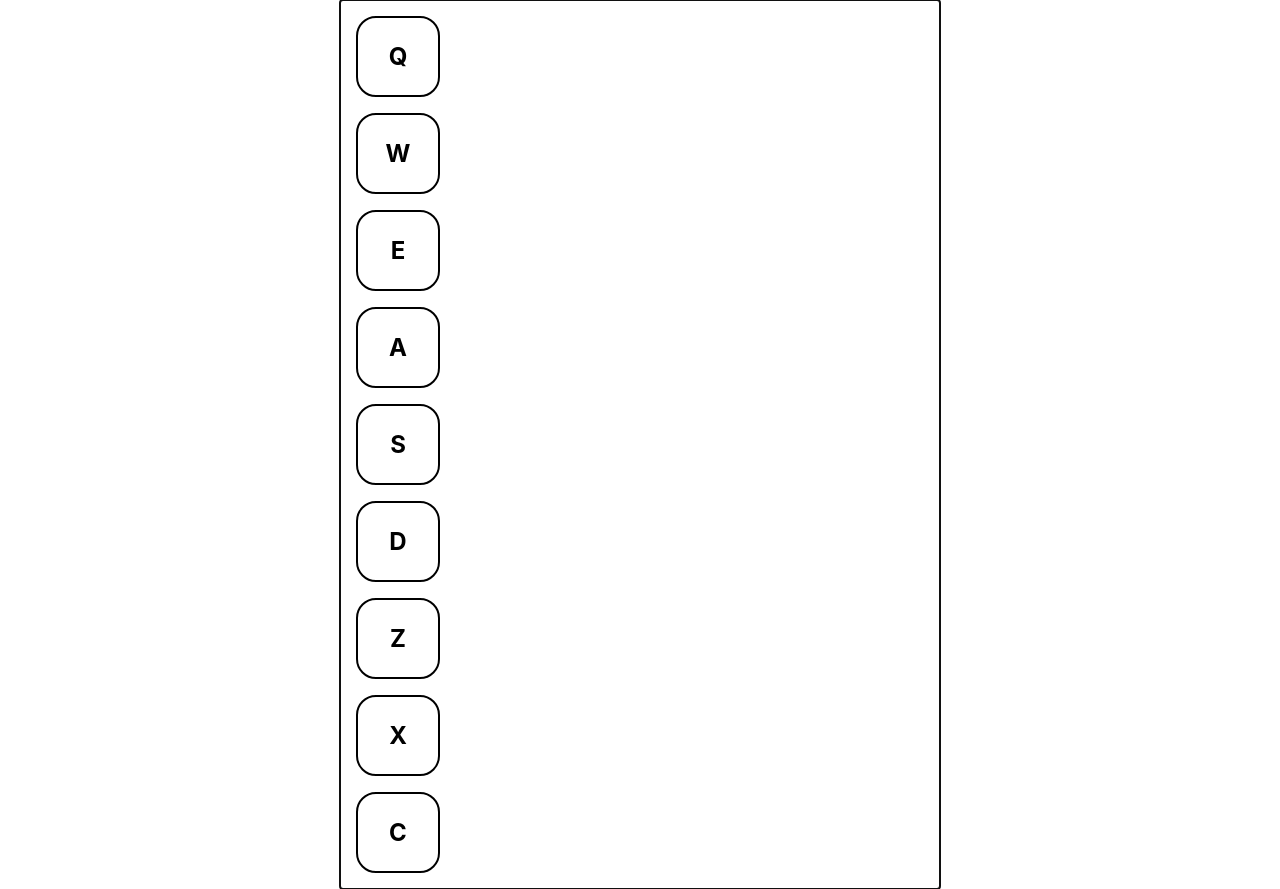
Repository: milac0/drum-machine
Page: /
The author's editor kept a copy of each file at every save. The page is drawn from the files as they stood at one save, then again after the next save.
The browser window is 1280 px wide. The pictures show the whole page.
The project was rebuilt for these pictures with package versions that can differ from the ones it lists, and the page was loaded fresh each time.

Above is the page before, as saved 2019-10-25 17:37:41.

### public/index.html
<!DOCTYPE html>
<html lang="en">
  <head>
    <meta charset="utf-8" />
    <link rel="shortcut icon" href="%PUBLIC_URL%/favicon.ico" />
    <meta name="viewport" content="width=device-width, initial-scale=1" />
    <meta name="theme-color" content="#000000" />
    <!--
      manifest.json provides metadata used when your web app is installed on a
      user's mobile device or desktop. See https://developers.google.com/web/fundamentals/web-app-manifest/
    -->
    <link rel="manifest" href="%PUBLIC_URL%/manifest.json" />
    <!--
      Notice the use of %PUBLIC_URL% in the tags above.
      It will be replaced with the URL of the `public` folder during the build.
      Only files inside the `public` folder can be referenced from the HTML.

      Unlike "/favicon.ico" or "favicon.ico", "%PUBLIC_URL%/favicon.ico" will
      work correctly both with client-side routing and a non-root public URL.
      Learn how to configure a non-root public URL by running `npm run build`.
    -->
    <title>Drum Machine</title>
  </head>
  <body>
    <noscript>You need to enable JavaScript to run this app.</noscript>
    <div id="root"></div>
    <!--
      This HTML file is a template.
      If you open it directly in the browser, you will see an empty page.

      You can add webfonts, meta tags, or analytics to this file.
      The build step will place the bundled scripts into the <body> tag.

      To begin the development, run `npm start` or `yarn start`.
      To create a production bundle, use `npm run build` or `yarn build`.
    -->
    <!-- <script src="https://cdn.freecodecamp.org/testable-projects-fcc/v1/bundle.js"></script> -->
  </body>
</html>

### src/index.css
html {
  height: 100%;
}

body {
  margin: 0;
  height: 100%;
  font-family: -apple-system, BlinkMacSystemFont, "Segoe UI", "Roboto", "Oxygen",
    "Ubuntu", "Cantarell", "Fira Sans", "Droid Sans", "Helvetica Neue",
    sans-serif;
  -webkit-font-smoothing: antialiased;
  -moz-osx-font-smoothing: grayscale;
}

### src/App.js
import React, { Fragment } from "react";
import "./App.css";
import DrumPad from "./Components/DrumPad";

class App extends React.Component {
  constructor(props) {
    super(props);
    this.references = {};
    this.state = { display: "" };
    this.keyPressRef = React.createRef();
    this.handleClick = this.handleClick.bind(this);
    this.handleKeyDown = this.handleKeyDown.bind(this);
    this.getOrCreateRef = this.getOrCreateRef.bind(this);
    this.setDisplay = this.setDisplay.bind(this);
  }

  componentDidMount() {
    this.keyPressRef.current.focus();
  }

  handleClick = id => {
    // console.log(this.references[id].current);
    this.references[id].current.play();
    this.references[id].current.currentTime = 0;
    this.setDisplay(id);
  };

  handleKeyDown = e => {
    if (this.references.hasOwnProperty(e.key.toUpperCase())) {
      this.references[e.key.toUpperCase()].current.play();
      this.references[e.key.toUpperCase()].current.currentTime = 0;
    }
    this.setDisplay(e.key.toUpperCase());
  };

  setDisplay(id) {
    let display;
    try {
      display = drums.filter(elem => elem.id === id)[0].text;
    } catch {
      display = this.state.display;
    }
    console.log(display);
    this.setState({ display });
  }

  getOrCreateRef(id) {
    if (!this.references.hasOwnProperty(id)) {
      return (this.references[id] = React.createRef());
    } else return this.references[id];
  }

  render() {
    return (
      <Fragment>
      <div
        id="drum-machine"
        ref={this.keyPressRef}
        onKeyDown={this.handleKeyDown}
        tabIndex="0"
      >


        <div id="drum-pads">
          {drums.map((elem, i) => (
            <DrumPad
              name={elem.text}
              ref={this.getOrCreateRef(elem.id)}
              clickHandler={this.handleClick}
              id={elem.id}
              src={elem.src}
              key={i}
            />
          ))}
        </div>
      </div>
      <p id="display">{this.state.display}</p>
      </Fragment>
    );
  }
}

const drums = [
  {
    id: "Q",
    text: "hit the nail",
    src:
      "https://sampleswap.org/samples-ghost/DRUMS%20(SINGLE%20HITS)/Kicks/16[kb]808bd.aif.mp3"
  },
  {
    id: "W",
    text: "badong",
    src:
      "https://sampleswap.org/samples-ghost/DRUMS%20(SINGLE%20HITS)/Kicks/152[kb]808bd3.aif.mp3"
  },
  {
    id: "E",
    text: "stop kick",
    src:
      "https://sampleswap.org/samples-ghost/DRUMS%20(SINGLE%20HITS)/Kicks/15[kb]808bd2.aif.mp3"
  },
  {
    id: "A",
    text: "pang",
    src:
      "https://sampleswap.org/samples-ghost/DRUMS%20(SINGLE%20HITS)/Kicks/152[kb]808distbd.aif.mp3"
  },
  {
    id: "S",
    text: "boing",
    src:
      "https://sampleswap.org/samples-ghost/DRUMS%20(SINGLE%20HITS)/Kicks/67[kb]808sub.aif.mp3"
  },
  {
    id: "D",
    text: "absolute insane kikdrum",
    src:
      "https://sampleswap.org/samples-ghost/DRUMS%20(SINGLE%20HITS)/Kicks/69[kb]absolutely-insane-kikdrum.wav.mp3"
  },
  {
    id: "Z",
    text: "absurdistan kick",
    src:
      "https://sampleswap.org/samples-ghost/DRUMS%20(SINGLE%20HITS)/Kicks/34[kb]absurdistan-kick.wav.mp3"
  },
  {
    id: "X",
    text: "backwards in crash",
    src:
      "https://sampleswap.org/samples-ghost/DRUMS%20(SINGLE%20HITS)/Gongs%20and%20Super%20Crashes/61[kb]backwards-in-crash.aif.mp3"
  },
  {
    id: "C",
    text: "cymbals",
    src:
      "https://sampleswap.org/samples-ghost/DRUMS%20(SINGLE%20HITS)/Cymbals/100[kb]curiouscym1.aif.mp3"
  }
];

export default App;

### src/App.css
#drum-machine {
  max-width: 600px;
  margin: 0 auto;
  display: grid;
  grid-template-columns: 180px 180px 180px;
}

.drum-pad {
  max-width: 80px;
  height: auto;
  margin: 1em;
  border: 2px solid black;
  border-radius: 20px;
  text-align: center;
}

.drum-pad p {
  font-size: 1.5rem;
  font-weight: 700;
}

/* #display {
  margin: 0 auto;
  height: 30px;
  width: 200px;
  padding: 10px;
  background: #FDC8C8;
  text-align: center;
}

.drum-pad {
  width: 240px;
  text-align: center;
  border: 1px solid black;
  padding: 1rem 1.5rem;
}

#W {
  grid-column-start: 2;
  grid-column-end: 3;
}

#E {
  grid-column-start: 3;
  grid-column-end: 4;
}

.drum-pad:hover {
  cursor: pointer;
} */

### src/Components/DrumPad.js
import React from "react";

const DrumPad = React.forwardRef((props, ref) => (
  <div
    className="drum-pad"
    id={props.id}
    onClick={() => props.clickHandler(props.id)}
    text={props.name}
  >
    <p>{props.id}</p>
    <audio ref={ref} src={props.src} className="clip" id={props.id}></audio>
  </div>
));

export default DrumPad;

Loaded but not shown: src/index.js (common file)

After the next save:
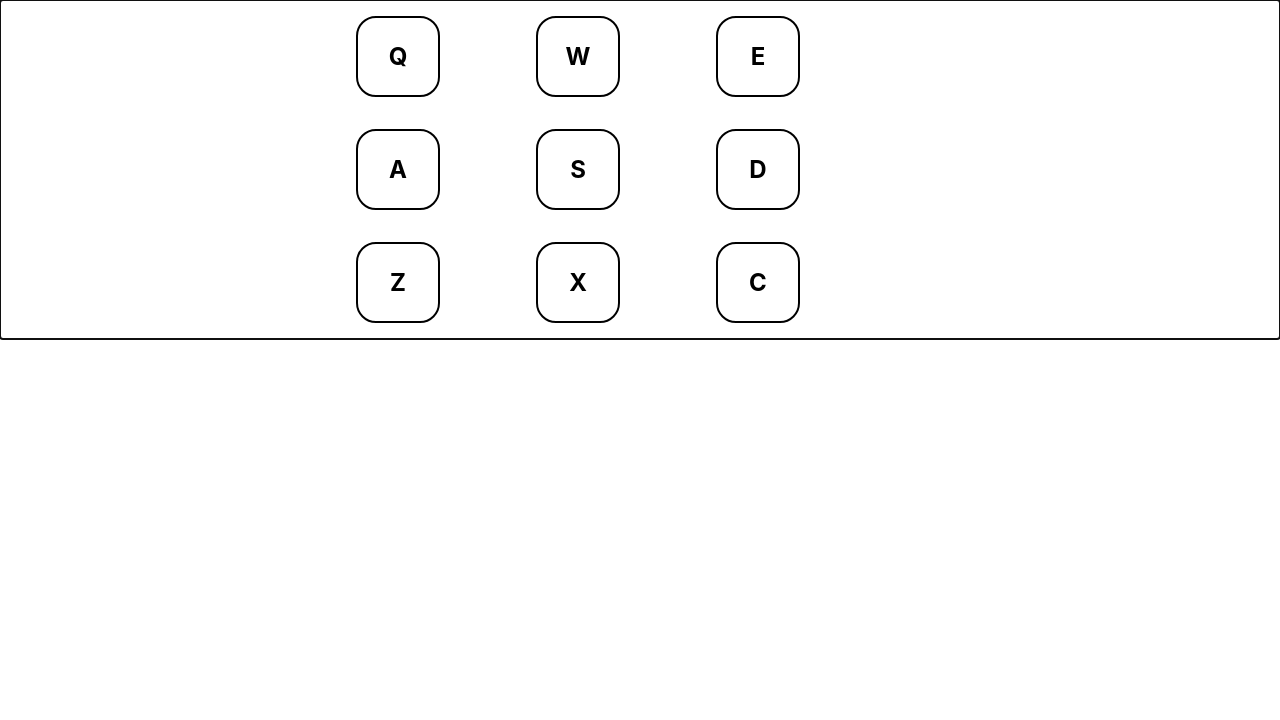
Saved 16 s later.
--- a/src/App.css
+++ b/src/App.css
@@ -1,4 +1,4 @@
-#drum-machine {
+#drum-pads {
   max-width: 600px;
   margin: 0 auto;
   display: grid;
